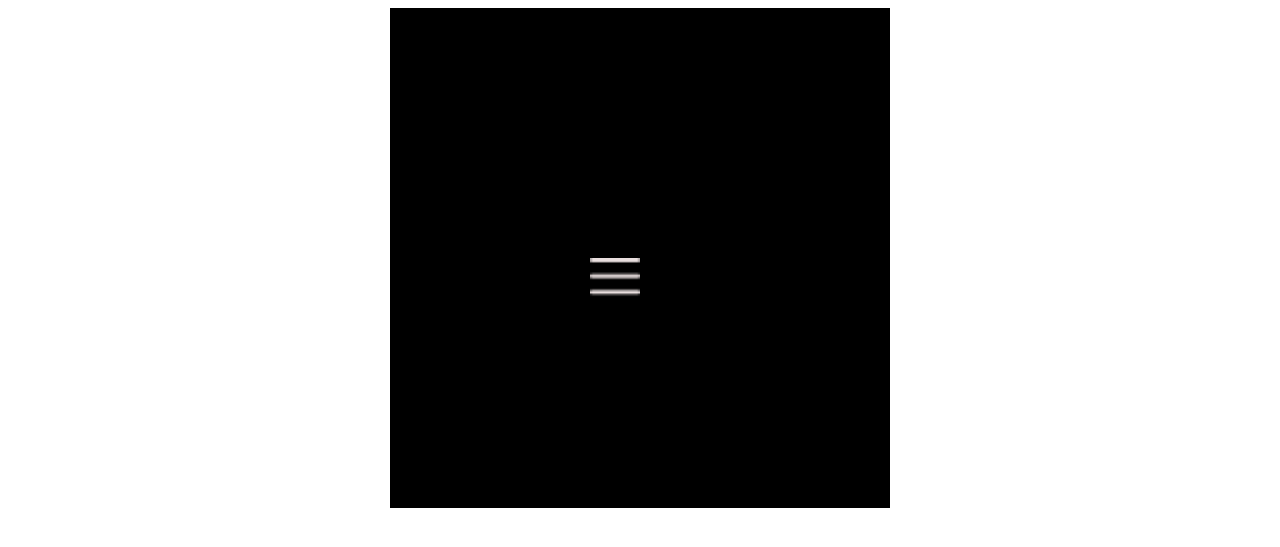
Repository: batonAnton/Hw-Lec10-animation
Page: index.html
These files come from the project's save history. The page is drawn as it stood at one moment and after the next save; the edit follows.
The browser window is 1280 px wide. The pictures show the whole page.

Above is the page before, as saved 2022-07-16 14:38:27.

### index.html
<!DOCTYPE html>
<html lang="en">
<head>
    <meta charset="UTF-8">
    <meta http-equiv="X-UA-Compatible" content="IE=edge">
    <meta name="viewport" content="width=device-width, initial-scale=1.0">
    <link rel="stylesheet" href="css/style.css">
    <title>Animation</title>
</head>
<body>
        <div class="wrapper">
            <div class="block">
                <div class="cross-line">
                    <img class="menu" src="./img/menu.png" alt="">
                    <!-- <hr class="first-line">
                    <hr class="second-line"> -->
                </div>

            </div>
        </div>
</body>
</html>

### css/style.css
.wrapper{
    display:flex;
    justify-content: center;
    position: relative;
}
.block{
    background-color: black;
    width: 500px;
    height: 500px;
    display:flex;
    justify-content: center;
}

.cross-line{
    width: 100px;
    height: 100px;
    top: 50%;
    position:absolute;
}

hr{
    background-color: #fff;
    width: 100px;
}

.first-line{
    margin-bottom: 20px;

    transition: all 0.3s ease-in-out;

}

.second-line{
    transition: all 0.3s ease-in-out;

}






.cross-line:hover .first-line {
    box-shadow: 0.4em 0 0.6em 0.2em rgb(190, 40, 204);
    transform: rotate(-45deg);
    transition: all 0.3s ease-in-out;
    transform: translateY(18px) translateX(0px) rotate(45deg);


}
.cross-line:hover .second-line {
    transform: rotate(45deg);
    transition: all 0.3s ease-in-out;
    box-shadow: 0.4em 0 0.6em 0.2em rgb(190, 40, 204);
    transform: translateY(-3px) translateX(0px) rotate(-45deg);
}

.menu{
    width: 50px;
    height: 50px;
}

After the next save:
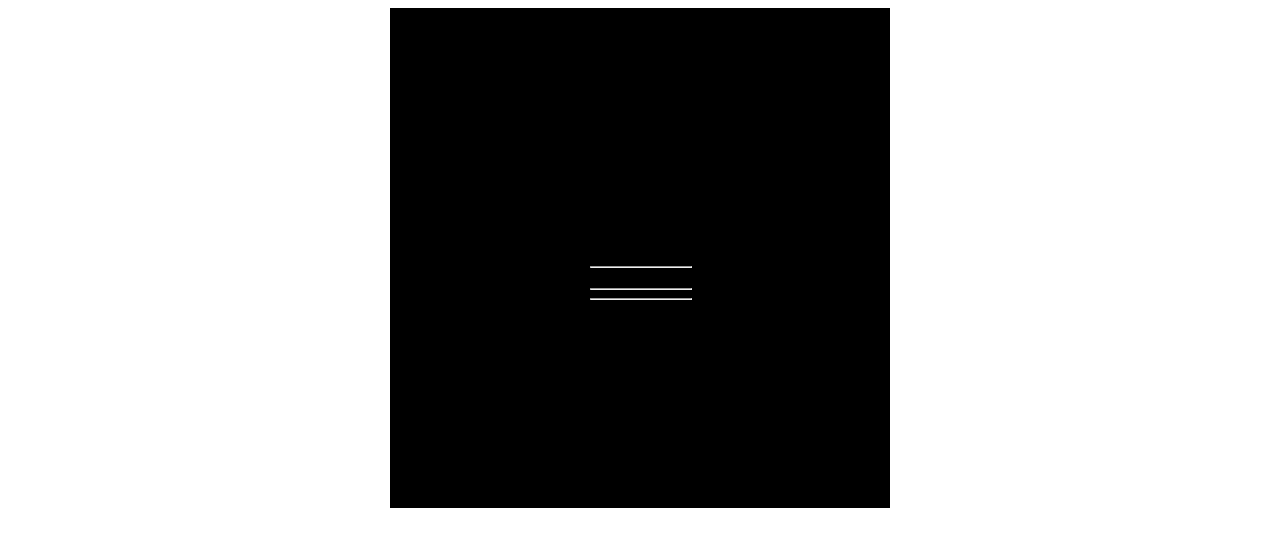
Saved 4 min 44 s later.
--- a/index.html
+++ b/index.html
@@ -11,9 +11,10 @@
         <div class="wrapper">
             <div class="block">
                 <div class="cross-line">
-                    <img class="menu" src="./img/menu.png" alt="">
-                    <!-- <hr class="first-line">
-                    <hr class="second-line"> -->
+                    <hr class="first-line">
+                    <hr class="second-line">
+                    <hr class="third-line">
+
                 </div>
 
             </div>
